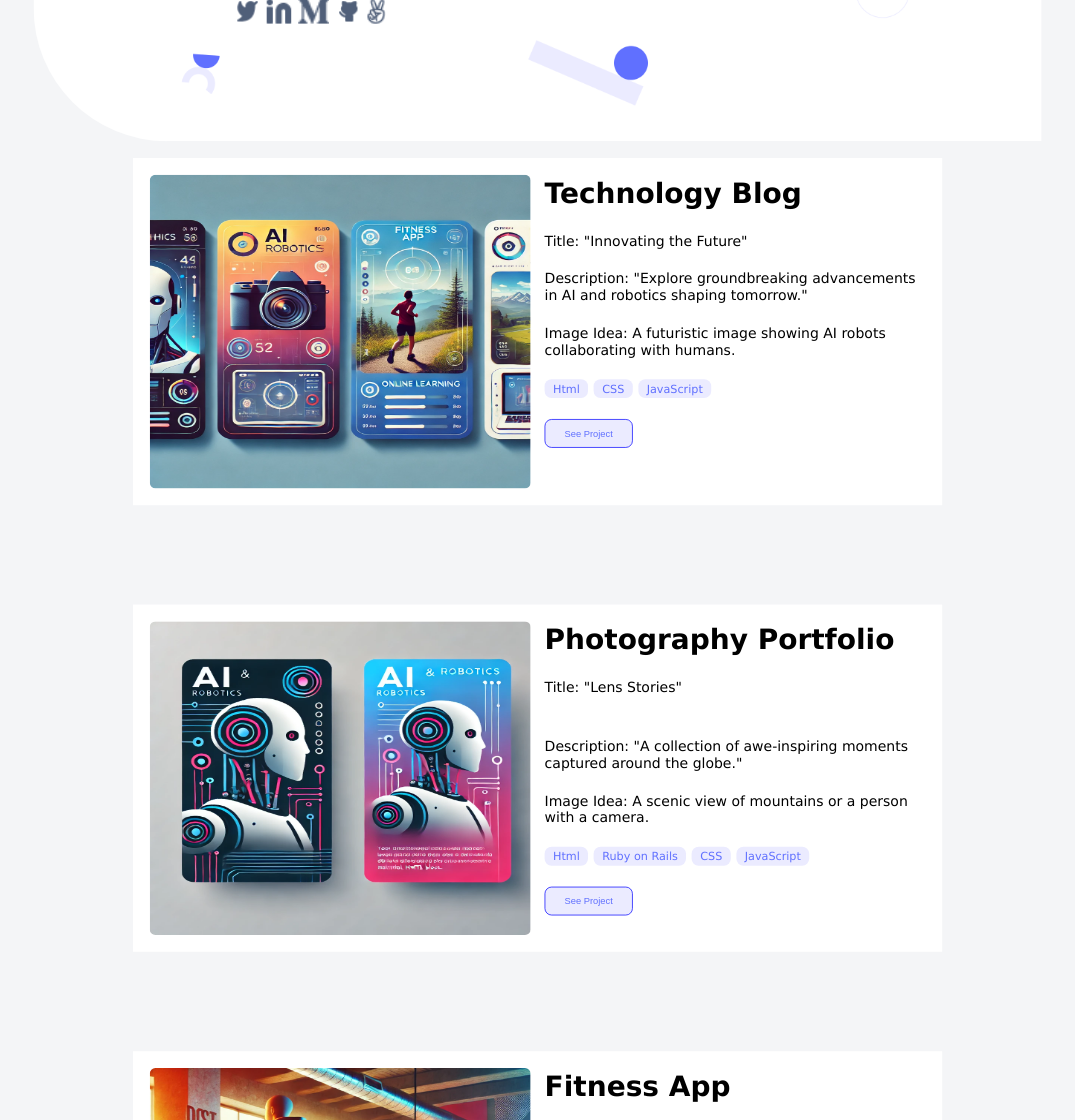
Repository: usman3123/portfolio-template-3
Page: portfolio.html
An editor plug-in stored every save of this project. The page is shown before and after the next save, followed by the edit.
The browser window is 1536 px wide. The pictures show the part of the page from y = 644 to 2244 px (the page is 3304 px tall before and 3336 px after), at 70% of full size.
Some web libraries are served in a nearby version.

Above is the page before, as saved 2025-01-25 14:31:48.

### portfolio.html
<!DOCTYPE html>
<html lang="en">
<head>
  <meta charset="UTF-8">
  <meta name="viewport" content="width=device-width, initial-scale=1.0">
  <title>project 2</title>
  <link rel="stylesheet" href="style.css">
  <link href='https://unpkg.com/boxicons@2.1.4/css/boxicons.min.css' rel='stylesheet'>
  <link rel="stylesheet" href="https://cdnjs.cloudflare.com/ajax/libs/font-awesome/6.6.0/css/all.min.css" integrity="sha512-Kc323vGBEqzTmouAECnVceyQqyqdsSiqLQISBL29aUW4U/M7pSPA/gEUZQqv1cwx4OnYxTxve5UMg5GT6L4JJg==" crossorigin="anonymous" referrerpolicy="no-referrer" />
  <link rel="stylesheet" href="https://cdnjs.cloudflare.com/ajax/libs/font-awesome/6.6.0/css/all.min.css" integrity="sha512-Kc323vGBEqzTmouAECnVceyQqyqdsSiqLQISBL29aUW4U/M7pSPA/gEUZQqv1cwx4OnYxTxve5UMg5GT6L4JJg==" crossorigin="anonymous" referrerpolicy="no-referrer" />

  <link rel="stylesheet" href="https://cdnjs.cloudflare.com/ajax/libs/font-awesome/6.7.2/css/all.min.css">
  <link rel="preconnect" href="https://fonts.googleapis.com">
<link rel="preconnect" href="https://fonts.gstatic.com" crossorigin>
<link href="https://fonts.googleapis.com/css2?family=Poppins:ital,wght@0,100;0,200;0,300;0,400;0,500;0,600;0,700;0,800;0,900;1,100;1,200;1,300;1,400;1,500;1,600;1,700;1,800;1,900&display=swap" rel="stylesheet">
</head>

<body>
<section class="webpage">
  <!-- Navbar -->

 <div class="hero-page">
  <div class="header-div">
    <nav class="nav-bar flex">
        <h4 class="nav-heading">My Logo</h4>
        <div class="nav-links flex">
            <a href="#myportfolio" class="link">Portfolo</a>
            <a href="myabout" class="link">About</a>
            <a href="mycontact" class="link" >Contact</a>
        </div>
        <i class="fa-solid fa-light fa-bars fa-xl " id="nav-icon"></i>
    </nav>
</div>

  <!-- Main Content -->
  <section id="myportfolio" class="hero-section flex">
    <div class="hero-content flex">
        <h1 class="hero-head"> I'm USMAN!
          Glad to see you.
      </h1>
      <p class="hero-p">
         I'm a software developer! I can help you build a product , feature or website Look through  some of my work and experience! If you like what you see and have a project you need coded, don’t hesitate to contact me.
      </p>
     <p class="let-connect"> LET'S CONNECT</p>

      <div class="icons flex">
          <img src="/assets/twitter.png" class="media-icon">
          <img src="assets/Linkedin.png" class="media-icon">
          <img src="assets/M.png" class="media-icon">
          <img src="assets/Github.png" class="media-icon">
          <img src="assets/V.png" class="media-icon">
      </div>
    </div>
  </section>

 </div>
  <!-- Cards Section -->

  <section class="cards flex">
    <div class="card flex">
      <img class="card-img" src="/assets/card-1img.webp" alt="CARD_!_IMG">
      <div class="card-content flex">
        <h2>Technology Blog</h2>
        <p class="content-p">Title: "Innovating the Future"</p>
        <p class="content-sp">Description: "Explore groundbreaking advancements in AI and robotics shaping tomorrow."</p>
        <p class="content-p">Image Idea: A futuristic image showing AI robots collaborating with humans.</p>
        <div class="languages flex">
          <p class="lang">Html</p>
          <p class="lang">CSS</p>
          <p class="lang">JavaScript</p>
        </div>
        <button class="content-btn">See Project</button>
      </div>
    </div>
    <div class="card flex">
      <img class="card-img" src="/assets/card-2img.webp" alt="CARD_!_IMG">
      <div class="card-content flex">
        <h2>Photography Portfolio</h2>
        <p class="content-p">Title: "Lens Stories"<p>
        <p class="content-sp">Description: "A collection of awe-inspiring moments captured around the globe."</p>
        <p class="content-p">Image Idea: A scenic view of mountains or a person with a camera.
        </p>
        <div class="languages flex">
          <p class="lang">Html</p>
          <p class="lang">Ruby on Rails</p>
          <p class="lang">CSS</p>
          <p class="lang">JavaScript</p>
        </div>
        <button class="content-btn">See Project</button>
      </div>
    </div>
    <div class="card flex">
      <img class="card-img" src="/assets/card-3img.webp" alt="CARD_!_IMG">
      <div class="card-content flex">
        <h2>Fitness App</h2>
        <p class="content-p">Title: "MoveSmart"<p>
        <p class="content-sp">Description: "Your companion for tracking workouts and achieving fitness goals."</p>
        <p class="content-p">Image Idea: A person jogging with fitness metrics displayed.</p>
        <div class="languages flex">
          <p class="lang">Html</p>
          <p class="lang">Ruby on Rails</p>
          <p class="lang">CSS</p>
          <p class="lang">JavaScript</p>
        </div>
        <button class="content-btn">See Project</button>
      </div>
    </div>
    <div class="card flex">
      <img class="card-img" src="/assets/card-4img.webp" alt="CARD_!_IMG">
      <div class="card-content flex">
        <h2>Online Learning</h2>
        <p class="content-p">Title: "Skillify"p>
        <p class="content-sp">Description: "Join courses from world-class instructors and master new skills."</p>
        <p class="content-p">Image Idea: A laptop with an open notebook and a student studying.</p>
        <div class="languages flex">
          <p class="lang">Html</p>
          <p class="lang">Ruby on Rails</p>
          <p class="lang">CSS</p>
          <p class="lang">JavaScript</p>
        </div>
        <button class="content-btn">See Project</button>
      </div>
    </div>
  </section>


   <!-- ABOUT MYSELF -->

  <!-- <section id="myabout" class="about flex">

    <div class="about-intro flex">
      <h1 style="font-size: 40px;">About Myself</h1>
      <p class="about-paragraph">Hello I'm a software developer! I can help you build a product , feature or website Look through some of my work and experience! If you like what you see and have a project you need coded, don't hesitate to contact me.</p>
        <p class="let-connect">Let's Connect</p>
        <div class="icons flex icon-gap">
          <img src="assets/twitter.png" class="twitter">
          <img src="assets/Linkedin.png" class="inimage">
          <img src="assets/M.png" class="mimage">
          <img src="assets/Github.png" class="tomimage">
          <img src="assets/V.png" class="protocol">
      </div>
      <button class="button rsm-btn"> Get my resume</button>
    </div>

    <div class="about-skills flex">
      <div class="about-all flex">
        <p>Languages</p>
        <i class='bx bx-chevron-down'></i>
      </div>
      <div class="about-lang flex">
        <div class="about-lang-img flex">
          <i class="fa-brands fa-js" style="color: #ff0000;"></i>
          <p>JavaScript</p>
        </div>
        <div class="about-lang-img flex">
          <i class="fa-brands fa-html5" style="color: #FFD43B;"></i>
          <p>Html</p>

        </div>
        <div class="about-lang-img flex">
          <i class="fa-brands fa-css3-alt" style="color: #74C0FC;"></i>
          <p>css</p>
        </div>
      </div>
      <div class="about-all flex">
        <p> Frameworks</p>
        <i class='bx bx-chevron-right'></i>
      </div>
      <div class="about-all flex">
        <p>Skills</p>
        <i class='bx bx-chevron-right'></i>
        </div>
        </div>
        <div class="contact-section flex">
            <h4 class="contact-paragraph">I'm always interested in hearing about new projects, so if you'd like to chat please get in touch.</h4>
            <form action="submit-form" class="contact-form flex">
                <div class="names flex">
                    <input type="text" placeholder="Full name" class="first-name">
                    <input type="text" placeholder="last name" class="last-name">
      </div>
        <div class="contact-section flex">
            <h4 class="contact-paragraph">I'm always interested in hearing about new projects, so if you'd like to chat please get in touch.</h4>
            <form action="submit-form" class="contact-form flex">
                <div class="names flex">
                    <input type="text" placeholder="Full name" class="first-name">
                    <input type="text" placeholder="last name" class="last-name">
    </div>
  </section> -->

  <!-- Contact section -->

  <!-- <section id="mycontact" class="contact-section">
    <h1 class="contact-heading">Contact Me</h1>
    <p class="contact-description">
        If you have an application you are interested in developing, a feature that you need built, or a project that needs coding, I'd love to help with it!
    </p>
    <form class="contact-form">
        <input class="form-input" type="text" placeholder="Your Name">
        <input class="form-input" type="email" placeholder="Your Email">
        <textarea class="form-message" placeholder="Write your message here..."></textarea>
        <button class="form-button">Get in Touch</button>
    </form>

</section>

</main> -->
</section>

<script src="index.js"></script>
</body>
</html>

### style.css
*{
    margin: 0;
    padding: 0;
    box-sizing: border-box;
}

body {
    font-family: Verdana, Geneva, Tahoma, sans-serif;
    background-color: #f4f5f7;
    justify-content: center;
    display: flex
;
}

.flex {
    display: flex;
}

/* nav-bar */

.header-div {
    background-color: #3c3a39;
    width: 100%;
}

.nav-bar {
    justify-content: space-between;
    color: white;
    max-width: 1204px;
    align-items: center;
    padding: 10px 24px;
}

.nav-heading {
    font-size: 30px;
}

.nav-links {
    gap: 40px;
    align-items: center;
    font-size: 25px;
    display: none;
}
.nav-icon {
    display: flex;
    width: 24px;
}


/* hero-section */

.hero-page {
    background-color: white;
    border-bottom-left-radius: 190px;
    background-image: url(/assets/Header\ bg@2x.png);
    background-size: contain;
    max-height: 846px;
    background-position: center;
    background-repeat: no-repeat;
    max-width: 1440px;
}
.hero-section {
    height: 846px;
    align-items: center;
    justify-content: center;
    padding-left: 20%;
}
.hero-content {
    flex-direction: column;
    gap: 20px;
}
.hero-head {
    font-size: 48px;
    font-weight: 700;
    width: 35%;
}

.hero-p {
    font-size: 25px;
    line-height: 28px;
    color: #344563;

    width: 73%;
}

.let-connect {
    color: #1d32f7;
    font-size: 20px;
    font-weight: 500;
    line-height: 24px;
}

.media-icon {
    height: 35px;
}

.icons {
    gap: 10px;
}

.nav-head {
    max-width: 1440px;
    width: 100%;
}
.enable {
    color: blue;
}
.link {
    color: white;
    text-decoration: none;
}

/* card-section */

.cards {
    flex-direction: column;
    align-items: center;
    gap:142px;
    padding: 24px;
}
.card {
    background-color: white;
    max-width: 1156px;
    max-height: 496px;
    width: 100%;
    padding: 24px;
    gap: 20px;
}
.card-img {
    max-width: 544px;
    width: 50%;
    border-radius:8px ;
}

.card-content {
    flex-direction: column;
    gap: 24px;
}

.card-content > h2 {
    font-size: 40px;
    font-weight: 700;
    line-height: 52px;
}
.content-p {
    font-size: 20px;
    font-weight: 400;
    line-height: 24px;
}
.content-sp {
    font-size: 20px;
    font-weight: 400;
    line-height: 24px;
}

.languages {
    gap: 8px;
    align-items: center;
}

.lang {
    padding: 4px 12px;
    color: #6070ff;
    background-color: #ebebff;
    border-radius: 10px;
}

.content-btn {
    max-width: 126px;
    width: 100%;
    padding: 4px 12px;
    color: #6070ff;
    background-color: #ebebff;
    border-radius: 10px;
    padding: 12px;
    border: 1px solid blue;
}

@media (max-width : 1100px) {
    .hero-head {
        width: 53%;
    }
    .card-content > h2 {
        font-size: 2rem;
    }
    .content-p {
        font-size: 15px;
    }
    .content-sp {
        font-size: 15px;
        display: none;
    }
    .card-content {
        gap: 20px;
    }

}
@media (max-width :870px) {
    .card {
        flex-direction: column;
        max-height: 552px;
        padding: 16px;
    }

}
@media (max-width : 500px) {
    .hero-head {
        width: 100%;
    }
    .hero-section {
        padding: 24px;
    }
    .hero-p {
        width: 100%;
    }
    .card-img {
        width: 100%;
        height: 27vh;
    }
}
@media (min-width : 700px) {
    .nav-links {
        display: flex;
    }
    #nav-icon {
        display: none;
    }

}
@media (min-width : 1441px) {
    .card-content {
        gap: 30px;
    }
}

Loaded but not shown: index.js (no copy from this time; the picture is the same without it)

After the next save:
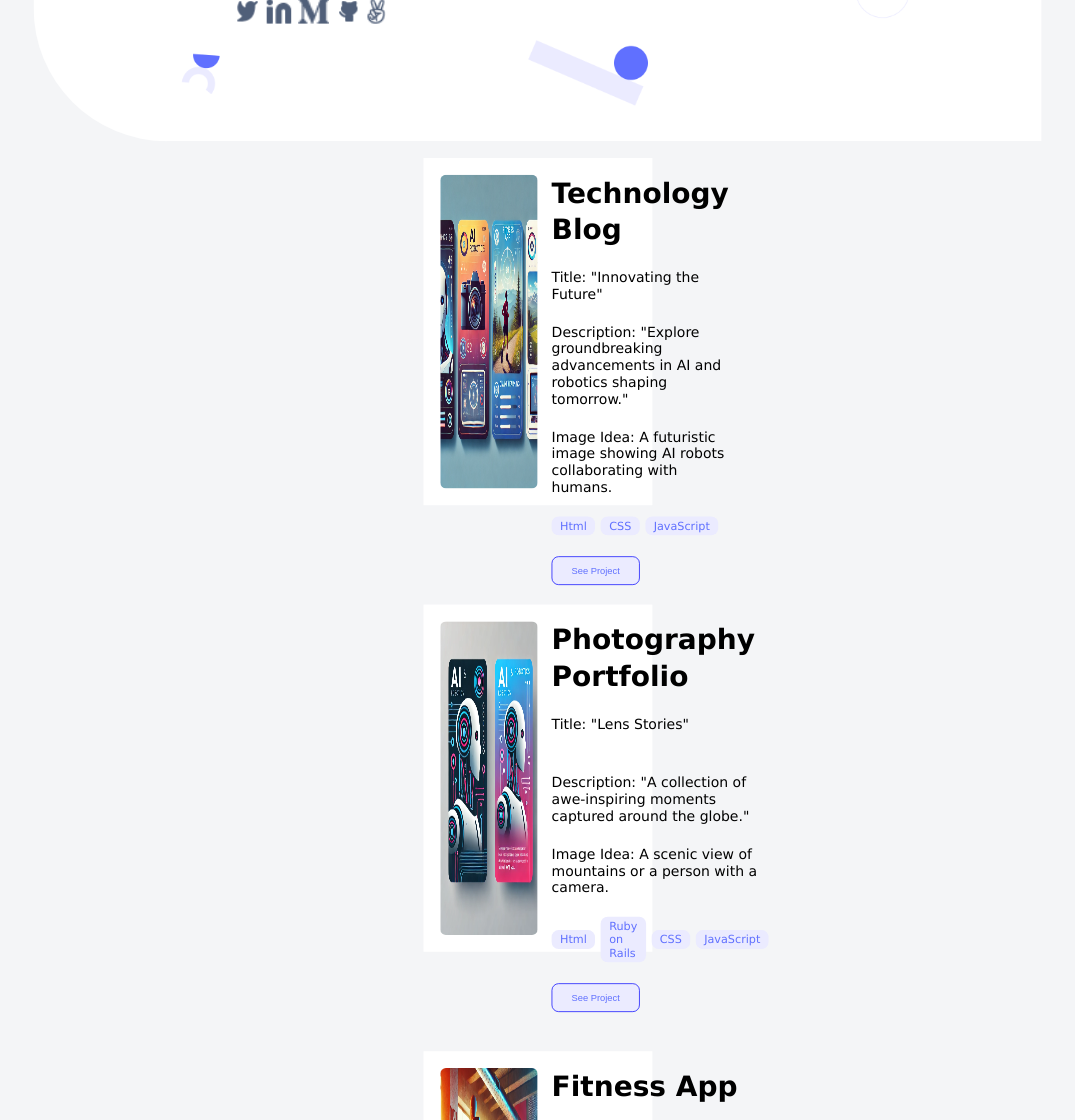
Saved 3 min 11 s later.
--- a/style.css
+++ b/style.css
@@ -231,4 +231,7 @@ body {
     .card-content {
         gap: 30px;
     }
-}
+    .card {
+        max-width: 327px;
+    }
+}
